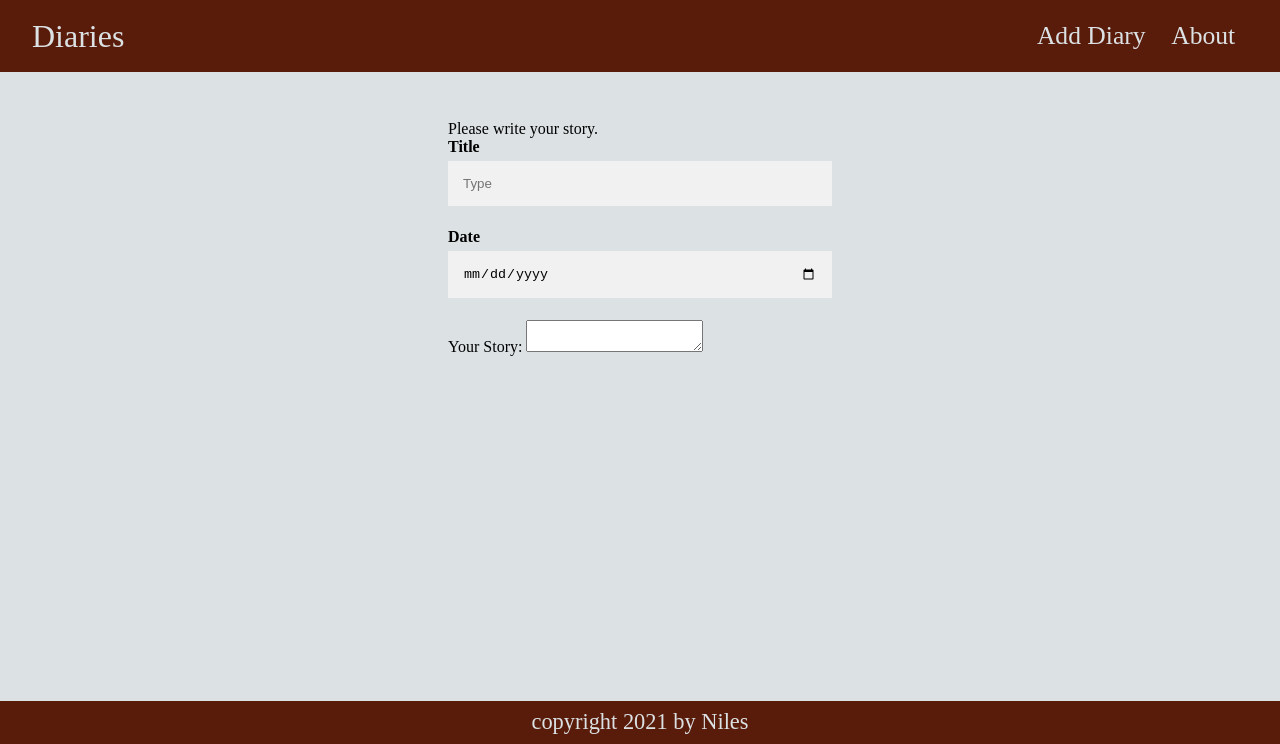
Repository: Tun-Dev/mydiary
Page: /AddDiary
An editor plug-in stored every save of this project. The page is shown before and after the next save, followed by the edit.
The browser window is 1280 px wide. The pictures show the whole page.
The project was rebuilt for these pictures with package versions that can differ from the ones it lists, and the page was loaded fresh each time. Also part of the build but not shown: src/useFetch.js, src/Components/Diary.js, src/Components/DiaryHome.js, src/Components/About.js.

Above is the page before, as saved 2021-05-12 14:45:46.

### public/index.html
<!DOCTYPE html>
<html lang="en">
  <head>
    <meta charset="utf-8" />
    <link rel="icon" href="%PUBLIC_URL%/favicon.ico" />
    <meta name="viewport" content="width=device-width, initial-scale=1" />
    <meta name="theme-color" content="#000000" />
    <meta
      name="description"
      content="An Application To Keep Your Diary Save Online"
    />
    <link rel="apple-touch-icon" href="%PUBLIC_URL%/logo192.png" />
    <!--
      manifest.json provides metadata used when your web app is installed on a
      user's mobile device or desktop. See https://developers.google.com/web/fundamentals/web-app-manifest/
    -->
    <link rel="manifest" href="%PUBLIC_URL%/manifest.json" />
    <!--
      Notice the use of %PUBLIC_URL% in the tags above.
      It will be replaced with the URL of the `public` folder during the build.
      Only files inside the `public` folder can be referenced from the HTML.

      Unlike "/favicon.ico" or "favicon.ico", "%PUBLIC_URL%/favicon.ico" will
      work correctly both with client-side routing and a non-root public URL.
      Learn how to configure a non-root public URL by running `npm run build`.
    -->
    <title>MyDiary</title>
  </head>
  <body>
    <noscript>You need to enable JavaScript to run this app.</noscript>
    <div id="root"></div>
    <!--
      This HTML file is a template.
      If you open it directly in the browser, you will see an empty page.

      You can add webfonts, meta tags, or analytics to this file.
      The build step will place the bundled scripts into the <body> tag.

      To begin the development, run `npm start` or `yarn start`.
      To create a production bundle, use `npm run build` or `yarn build`.
    -->
  </body>
</html>

### src/index.js
import React from 'react';
import ReactDOM from 'react-dom';
import {BrowserRouter} from 'react-router-dom'
import App from './App';


ReactDOM.render(

  <React.StrictMode>
  <BrowserRouter>
    <App />
    </BrowserRouter>
  </React.StrictMode>,
  document.getElementById('root')
);

// If you want to start measuring performance in your app, pass a function
// to log results (for example: reportWebVitals(console.log))
// or send to an analytics endpoint. Learn more: https://bit.ly/CRA-vitals

### src/App.js
import React from "react";
import {Switch, Route} from 'react-router-dom';
import GlobalStyle from './GlobalStyle';

// import components
import Nav from './Layout/Nav';
import Footer from './Layout/Footer';
import DiaryHome from './Components/DiaryHome';
import About from './Components/About';
import AddDiary from './Components/AddDiary'

function App() {
  return (
    <div className="App">
    <GlobalStyle />
    <Nav />
    <div className="container">
    <Switch>
    <Route exact path="/">
    <DiaryHome />
    </Route>
    <Route exact path="/About">
    <About />
    </Route>
    <Route exact path="/AddDiary">
    <AddDiary />
    </Route>
    </Switch>
    </div>
    <Footer />
    </div>
  );
}

export default App;

### src/GlobalStyle.js
import {createGlobalStyle} from 'styled-components';

const GlobalStyle = createGlobalStyle`
  * {
      margin: 0;
      padding: 0;
      box-sizing: border-box;
  }
  body {
 background-color: #dce1e3;
}
 a {
    text-decoration: none;
}
.container {
    margin: 3rem 14rem;
    height: 74vh;
}
`

export default GlobalStyle;

### src/Layout/Nav.js
import React from 'react';
import styled from 'styled-components';
import {Link} from 'react-router-dom'

const Nav = () => {
    return (
        <NavBar>
          <nav>
         <div className="header">
           <Link to="/">Diaries</Link>
         </div>
         <ul className="navItens">
           <li><Link to="/AddDiary">Add Diary</Link></li>
           <li><Link to="/About">About</Link></li>
         </ul>
          </nav>
        </NavBar>
    )
}
const NavBar = styled.div`

  nav {
    display: flex;
    justify-content: space-between;
    align-items: center;
    background-color: #591c0b;
    height: 10vh;
    color: #dce1e3;
}
.header {
    margin: 0 2rem;
    font-size: 2rem;
     color: #dce1e3;
}
.header a {
  color: #dce1e3;
}
ul {
    display: flex;
    margin: 0 2rem;
}
ul li {
    list-style: none;
    margin: 0 0.8rem;
}
ul li a {
    color: #dce1e3;
    font-size: 1.6rem;
}
`;

export default Nav;

### src/Layout/Footer.js
import React from 'react';
import styled from 'styled-components'

const Footer = () => {
    return (
        <Foot>
            copyright 2021 by Niles
        </Foot>
    )
}
const Foot = styled.div`
display: flex;
justify-content: center;
align-items: center;
text-align: center;
background-color:  #591c0b;
height: 6vh;
color: #dce1e3;
font-size: 1.4rem;
`
export default Footer

### src/Components/AddDiary.js
import React, {useState} from 'react';
import styled from 'styled-components';

const AddDiary = () => {
    const [title, setTitle] = useState('');
    const [date, setDate] = useState('');
    const [message, setMessage] = useState('');
    return (
        <Add>
            <form>
              <div className="container">
                <div>
                 <p>Please write your story.</p>
                </div>

              <div>
               <label><b>Title</b></label>
               <input type="text" placeholder="Type" value={title} required />
              </div>
              <div>
               <label><b>Date</b></label>
               <input type="date" value={date} required />
              </div>
              <div>
              <label>Your Story: <textarea value={message}  ></textarea></label>
              </div>

               </div>
            </form>
        </Add>
    )
}
const Add = styled.div`
input[type=text], input[type=date] {
  width: 100%;
  padding: 15px;
  margin: 5px 0 22px 0;
  display: inline-block;
  border: none;
  background: #f1f1f1;


input[type=text]:focus, input[type=password]:focus {
  background-color: #ddd;
  outline: none;
//   btn
.registerbtn {
  background-color: #04AA6D;
  color: white;
  padding: 16px 20px;
  margin: 8px 0;
  border: none;
  cursor: pointer;
  width: 100%;
  opacity: 0.9;
}

.registerbtn:hover {
  opacity:1;
`
export default AddDiary;

After the next save:
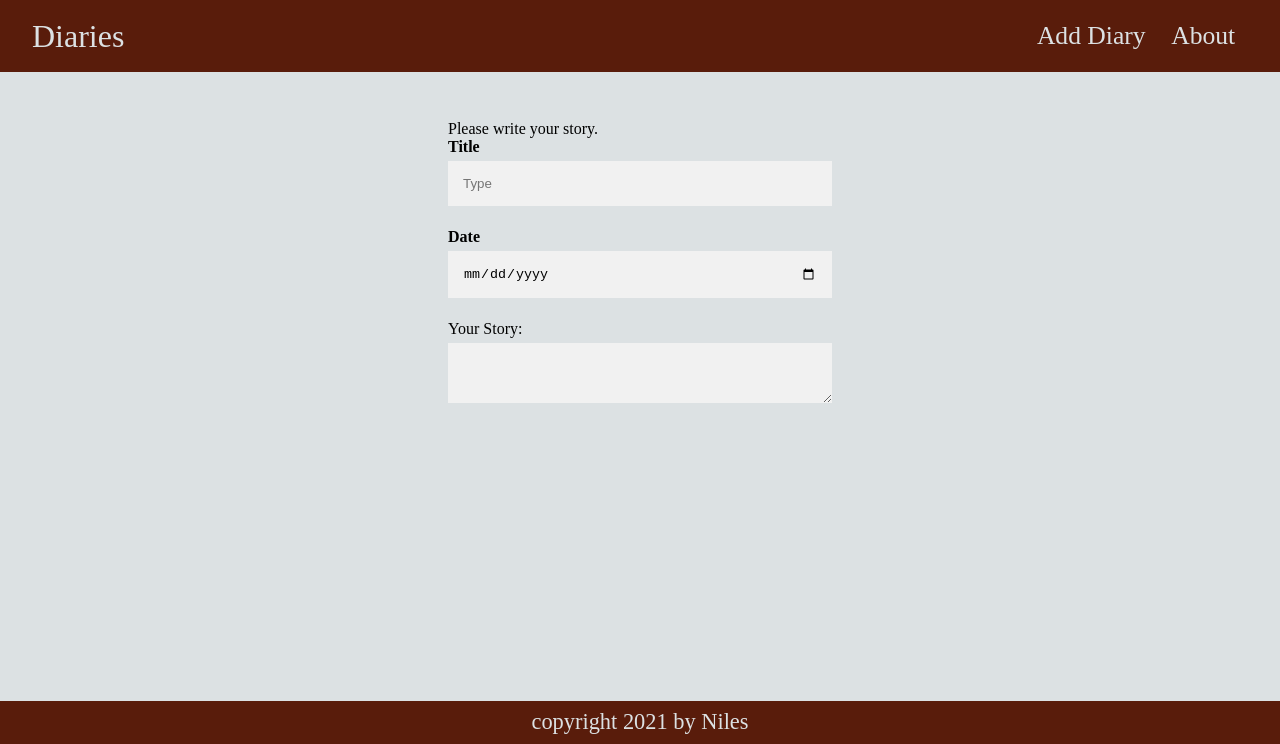
Saved 57 s later.
--- a/src/Components/AddDiary.js
+++ b/src/Components/AddDiary.js
@@ -31,7 +31,7 @@ const AddDiary = () => {
     )
 }
 const Add = styled.div`
-input[type=text], input[type=date] {
+input[type=text], input[type=date], textarea {
   width: 100%;
   padding: 15px;
   margin: 5px 0 22px 0;
